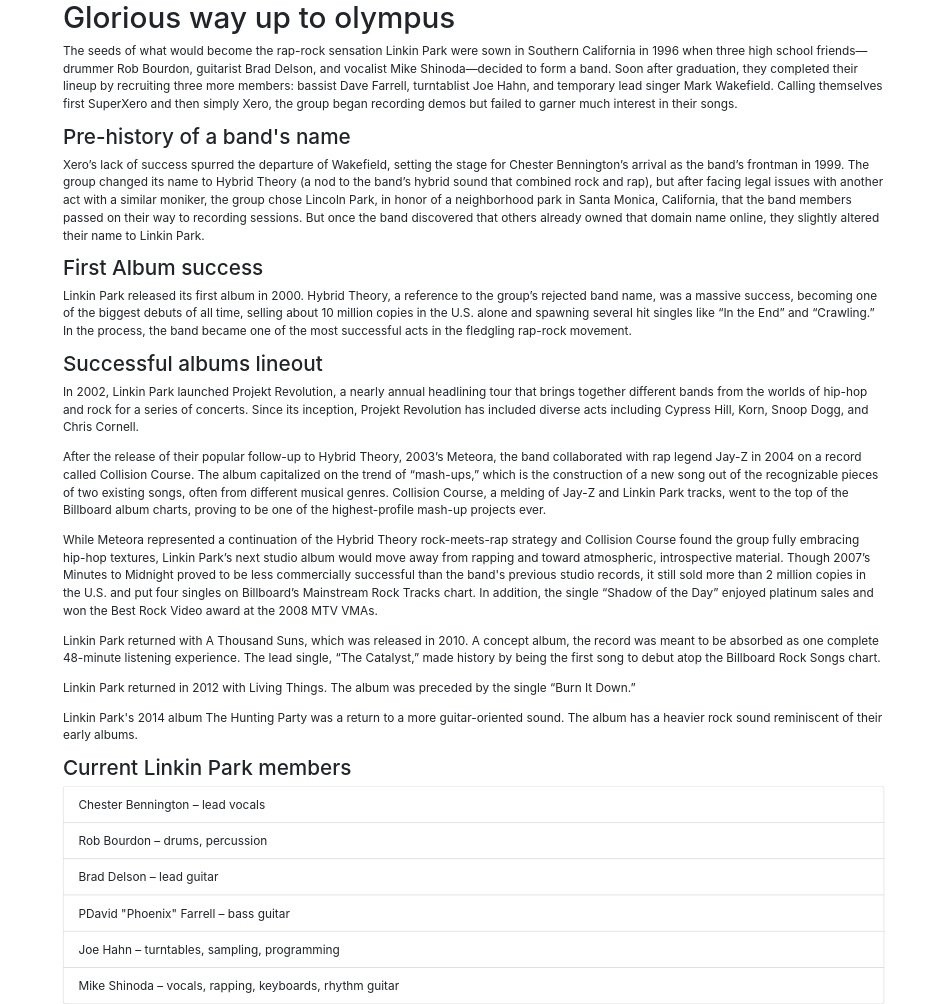
Repository: vaida898/website
Page: index.html
The author's editor kept a record of every edit. The page is drawn from the files as they stood at one moment, then again after the next edit.
The browser window is 1280 px wide. The pictures show the whole page, at 74% of full size.

Above is the page before.
Console error: TypeError: Cannot read properties of undefined (reading 'fn')

After the next edit:
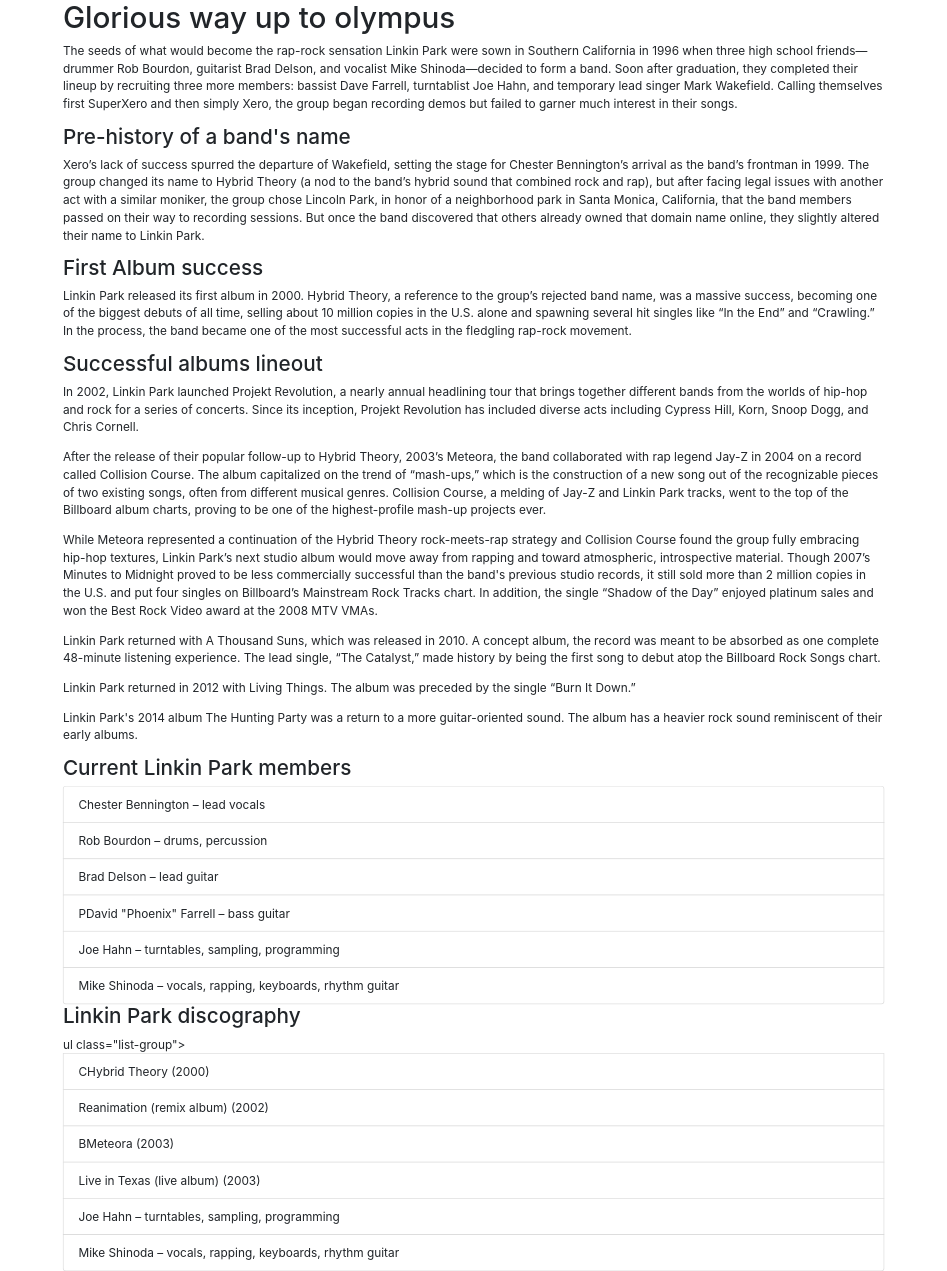
The edit:
--- a/index.html
+++ b/index.html
@@ -68,6 +68,16 @@
                   <li class="list-group-item">Joe Hahn – turntables, sampling, programming</li>
                   <li class="list-group-item">Mike Shinoda – vocals, rapping, keyboards, rhythm guitar</li>
                 </ul>
+
+            <h3>Linkin Park discography</h3>
+                ul class="list-group">
+                  <li class="list-group-item">CHybrid Theory (2000)</li>
+                  <li class="list-group-item">Reanimation (remix album) (2002)</li>
+                  <li class="list-group-item">BMeteora (2003)</li>
+                  <li class="list-group-item">Live in Texas (live album) (2003)</li>
+                  <li class="list-group-item">Joe Hahn – turntables, sampling, programming</li>
+                  <li class="list-group-item">Mike Shinoda – vocals, rapping, keyboards, rhythm guitar</li>
+                </ul>
         </section>
     </article>
 
